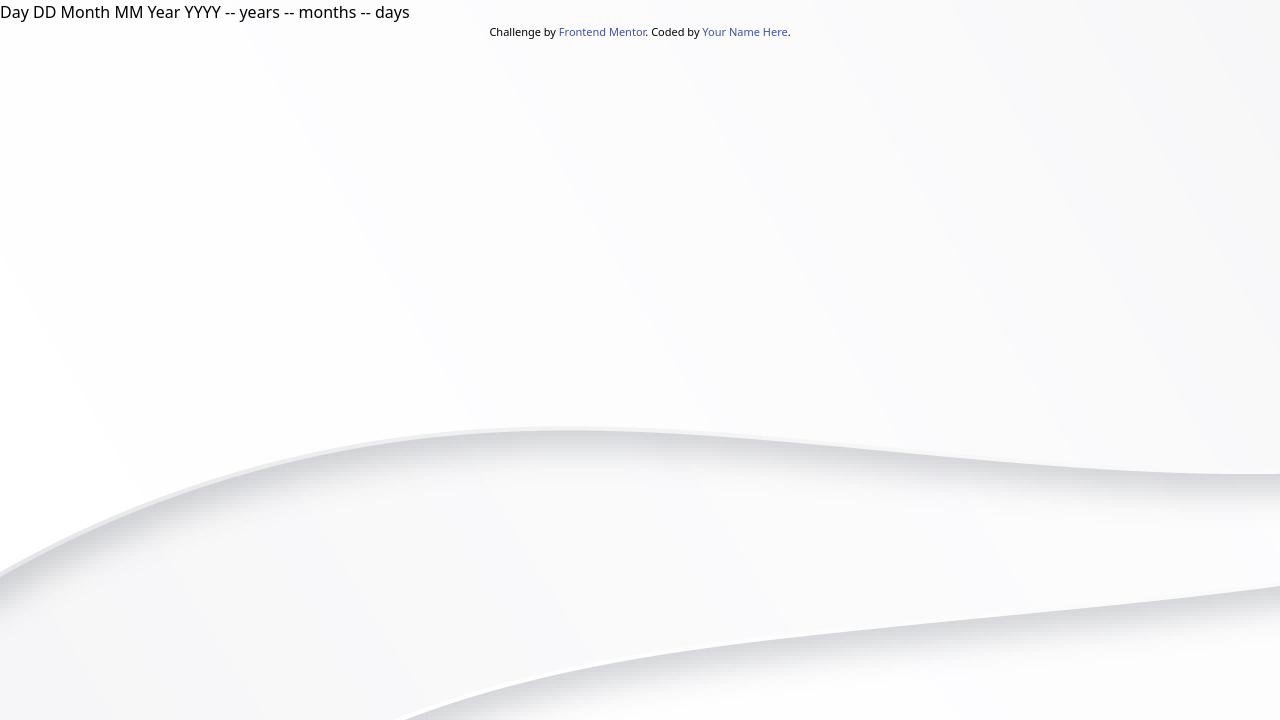
Repository: ikram-lisa/age-display
Page: /
An editor plug-in stored every save of this project. The page is shown before and after the next save, followed by the edit.
The browser window is 1280 px wide. The pictures show the whole page.
Some web libraries are served in a nearby version. The project was rebuilt for these pictures with package versions that can differ from the ones it lists, and the page was loaded fresh each time.

Above is the page before, as saved 2024-04-30 15:07:03.

After the next save:
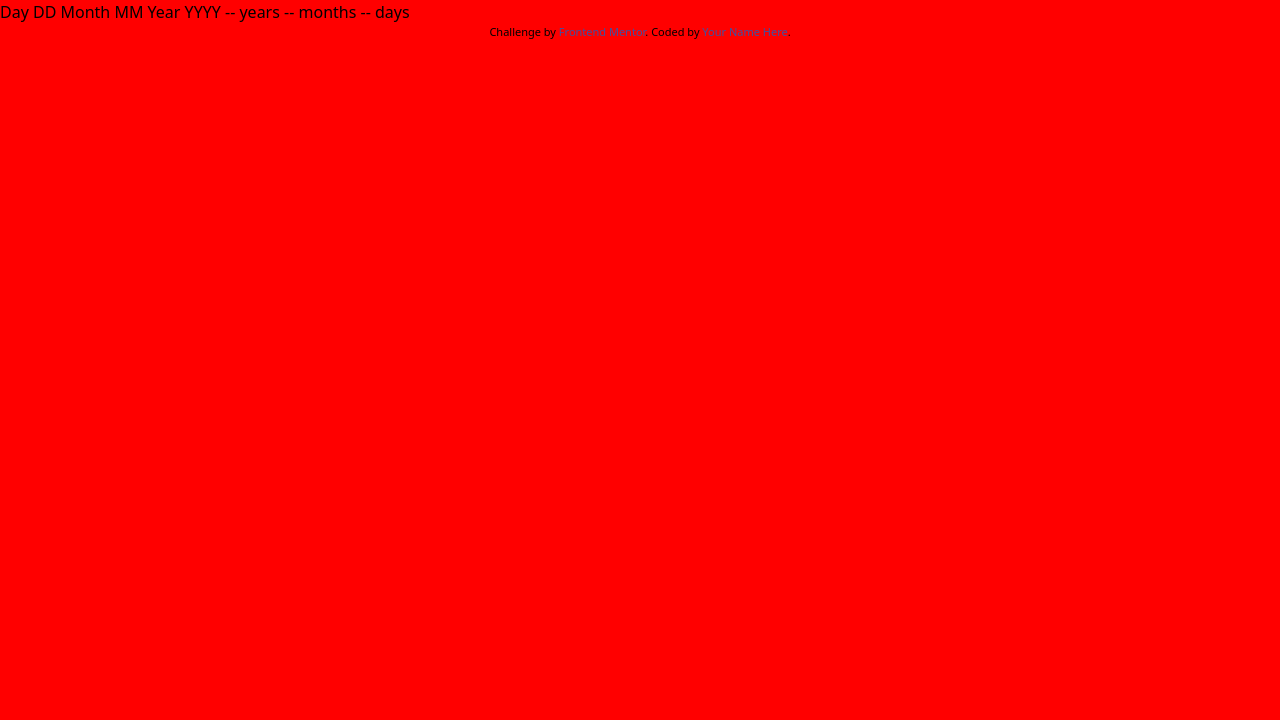
Saved 37 s later.
--- a/css/style.scss
+++ b/css/style.scss
@@ -3,7 +3,8 @@
 @tailwind utilities;
 
 .body {
-  background-image: url("../images/background.jpg");
+  //   background-image: url("../images/background.jpg");
+  background-color: red;
   height: 100vh;
   width: 100% !important;
 }

After the 2 saves that followed:
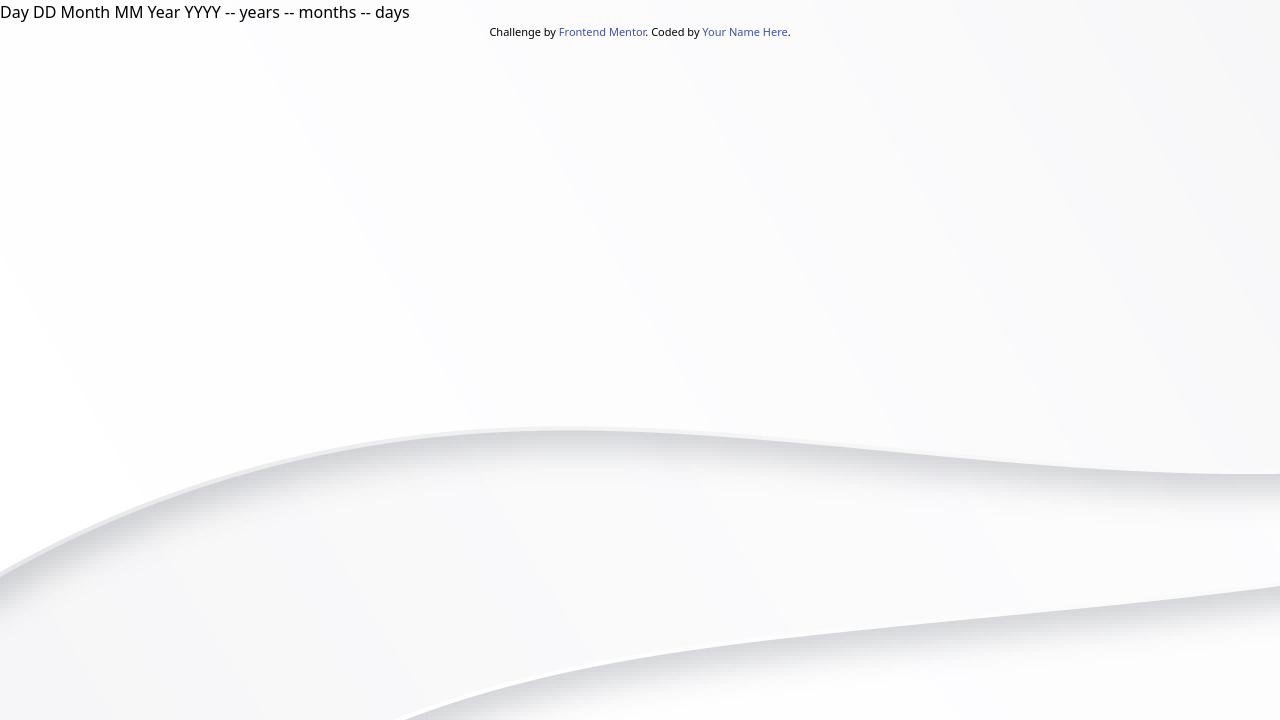
The 2 saves are shown as one change because 1 left the picture as it was.
The last was saved 47 s later.
--- a/css/style.scss
+++ b/css/style.scss
@@ -3,8 +3,7 @@
 @tailwind utilities;
 
 .body {
-  //   background-image: url("../images/background.jpg");
-  background-color: red;
+  background-image: url("../images/background.jpg");
   height: 100vh;
-  width: 100% !important;
+  overflow: hidden;
 }
